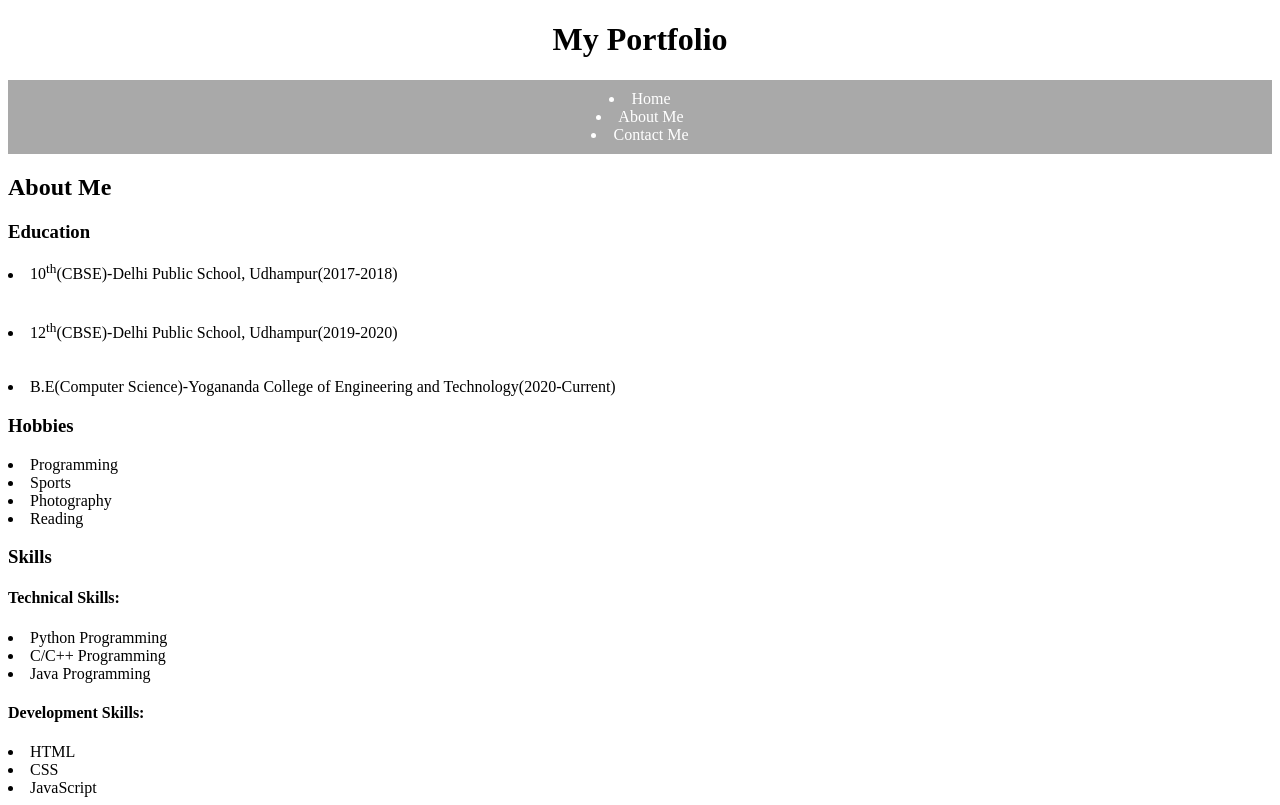
Repository: harshitanthal1/my_portfolio
Page: aboutme.html
These files come from the project's save history. The page is drawn as it stood at one moment and after the next save; the edit follows.
The browser window is 1280 px wide. The pictures show the whole page.

Above is the page before, as saved 2024-02-02 13:56:51.

### aboutme.html
<!DOCTYPE html>
<html lang="en">
<head>
    <meta charset="UTF-8">
    <meta name="viewport" content="width=device-width, initial-scale=1.0">
    <title>My Portfolio</title>
    <link rel="stylesheet" href="styles/styles.css" />
</head>
<body>
    <header><h1>My Portfolio</h1></header>
    <nav>
        <li><a href="index.html" target="_blank">Home</a></li>
        <li><a href="aboutme.html" target="_blank" >About Me</a></li>
        <li><a href="contactme.html" target="_blank" >Contact Me</a></li>
    </nav>
    <h2>About Me</h2>
    <main>
    <div class="sub-box">
        <h3>Education</h3>
        <li>10<sup>th</sup>(CBSE)-Delhi Public School, Udhampur(2017-2018)</li>
        <br/>
        <br/>
        <li>12<sup>th</sup>(CBSE)-Delhi Public School, Udhampur(2019-2020)</li>
        <br />
        <br/>
        <li>B.E(Computer Science)-Yogananda College of Engineering and Technology(2020-Current)</li>
    </div>
    <div class="sub-box">
        <h3>Hobbies</h3>
        <li>Programming</li>
        <li>Sports</li>
        <li>Photography</li>
        <li>Reading</li>
    </div>
    <div class="sub-box">
        <h3>Skills</h3>
        <h4>Technical Skills:</h4>
        <li>Python Programming</li>
        <li>C/C++ Programming</li>
        <li>Java Programming</li>
        <h4>Development Skills:</h4>
        <li>HTML</li>
        <li>CSS</li>
        <li>JavaScript</li>
    </div>
    </main>
</body>
</html>

### styles/styles.css
header {
    text-align: center;
}

nav {
    background-color: darkgrey;
    color: white;
    padding: 10px;
    text-align: center;
}

#nav-item {
    display: inline;
    margin-right: 20px;
    margin-left: 20px;
}

a {
    text-decoration: none;
    color: white;
}

#profile {
    padding: 10px;
    width: 350px;
    text-align: justify;
}

img {
    border-radius: 50%;
}

After the next save:
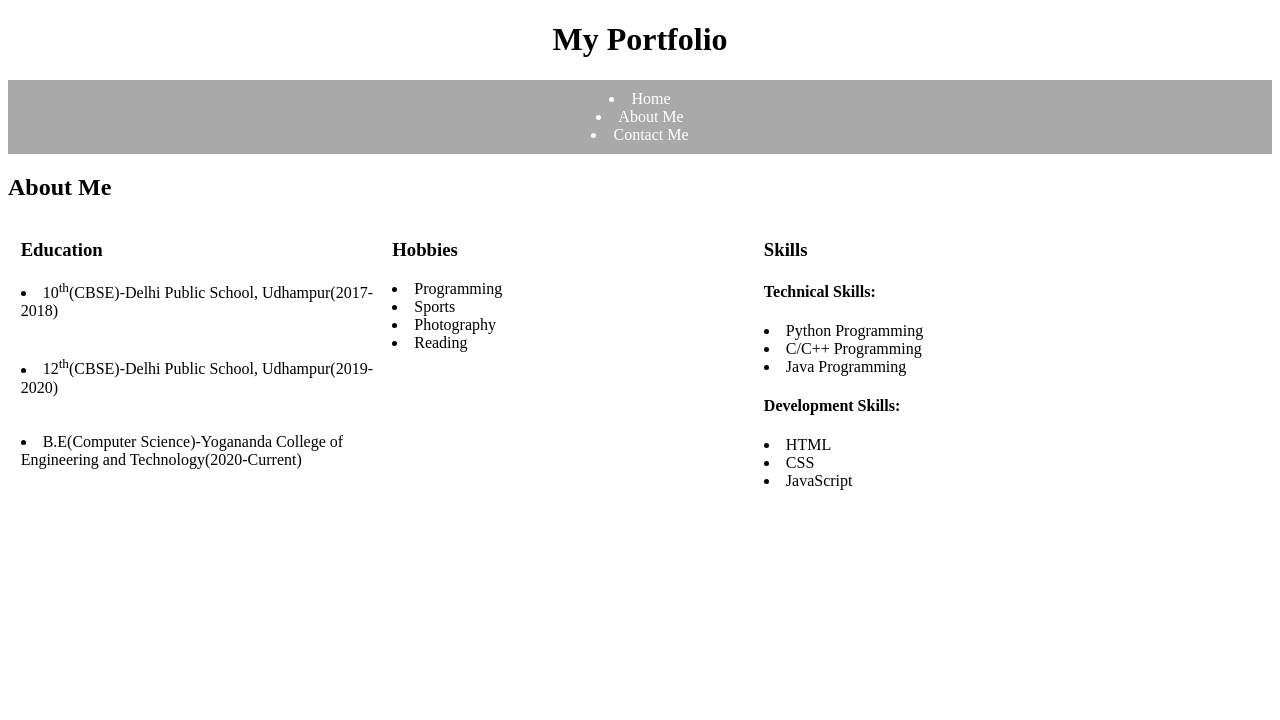
Saved 103 s later.
--- a/styles/styles.css
+++ b/styles/styles.css
@@ -29,3 +29,16 @@ a {
 img {
     border-radius: 50%;
 }
+
+main {
+    display: flex;
+    width:98%;
+    margin-left: 1%;
+    margin-right: 1%;
+
+}
+
+.sub-box {
+    width: 30%;
+
+}
